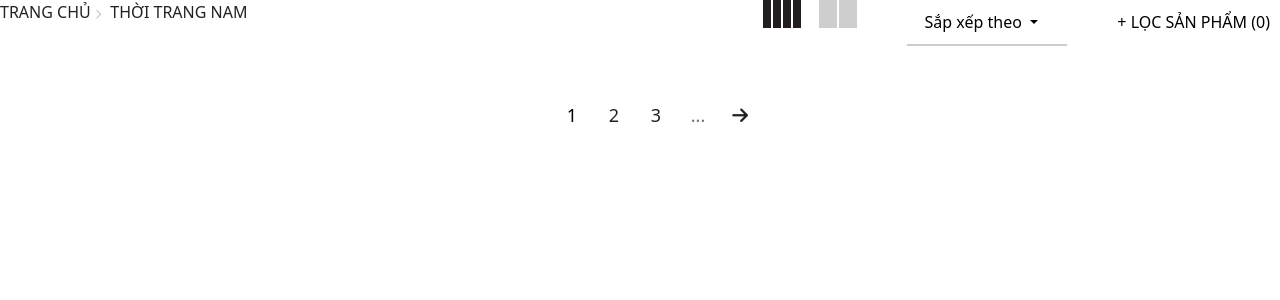
Repository: NguyenQuangQuan021099/FE_Page-Male
Page: index.html
These files come from the project's save history. The page is drawn as it stood at one moment and after a run of saves; the edit follows.
The browser window is 1280 px wide. The pictures show the whole page.
The page's requests for data from a server got no answer. Some web libraries are served in a nearby version.

Above is the page before, as saved 2021-07-08 11:15:22.

After the next 6 saves:
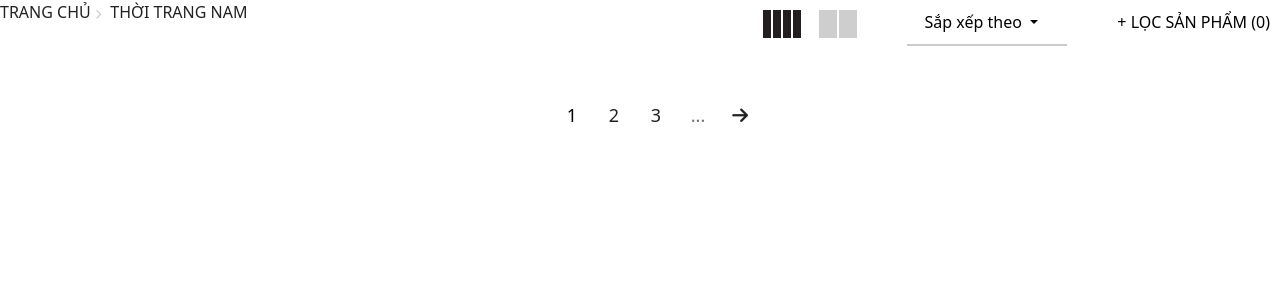
The 6 saves are shown as one change because they came seconds apart.
The last was saved 76 s later.
--- a/style.css
+++ b/style.css
@@ -23,7 +23,9 @@ a, a:hover{
     position: absolute;
     right: 10px;
 }
-
+.toolbar__product{
+    margin-top: 10px;
+}
 .toolbar__product a{
     height: 28px;
     display: inline-block;
